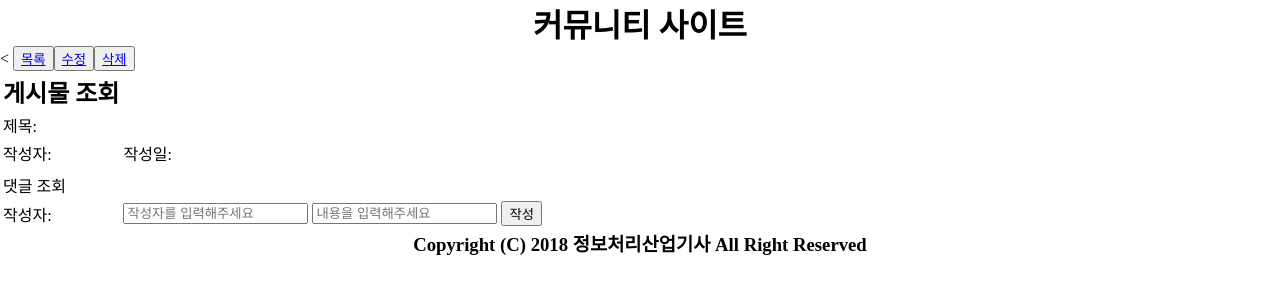
Repository: Tor1a/SpringSet
Page: http://localhost/practice01/WEB-INF/views/post/Lookup.jsp
An editor plug-in stored every save of this project. The page is shown before and after the next save, followed by the edit.
The browser window is 1280 px wide. The pictures show the whole page.
The page is served by Tomcat 9. Nobody is signed in. Other server files are loaded and not shown. The template is opened directly, without the code that normally fills it, so the values that code supplies are empty.

Above is the page before, as saved 2022-04-15 06:42:49.

### practice01/src/main/webapp/WEB-INF/views/post/Lookup.jsp
<%@ page language="java" contentType="text/html; charset=UTF-8"    pageEncoding="UTF-8"%>
<%@ taglib prefix="c" uri="http://java.sun.com/jsp/jstl/core" %>
<%@ include file="../include/header.jsp" %>

<script src="${pageContext.request.contextPath}/resources/js/post/commentAdd.js"></script>
	<table>
		<thead>
			<tr>
				<td><h2>게시물 조회</h2></td>
			</tr>
		</thead>
		<tbody>
			<tr>
				<td>제목: ${vo.subject}</td>
			</tr>
			<tr>
				<td>작성자: ${vo.writer}</td>
				<td>작성일: ${vo.date}</td>
			</tr>
			<tr>
				<td>${vo.content}</td>
			</tr>
			<tr><td>댓글 조회</td></tr>
			<c:forEach var="list" items="${list}">
				<tr>
					<td>
						${list.writer} / ${list.content} / ${list.date} / <a href="CommentDel.do?idx=${list.bidx}&bidx=${vo.idx}">삭제</a>
					</td>
				</tr>
			</c:forEach>
		</tbody>
		<form id="commentAddForm">
			<input type="hidden" name="bidx" value="${vo.idx}" >

				<tr>
					<td>작성자:</td>
					 <td><input type="text" id ="cmWriter" name="writer" placeholder="작성자를 입력해주세요"></td>
					 <td><input type="text" id ="cmContent" name="content" placeholder="내용을 입력해주세요"></td>
					 <td><input type="button" value="작성" onclick="addCheck()"></td>
				</tr>

		</form>
		<
		<button type="button"><a href="/controller">목록</a></button>
		<button type="button"><a href="updatForm.do?idx=${vo.idx}">수정</a></button>
		<button type="button"><a href="delete.do?idx=${vo.idx}">삭제</a></button>

	</table>


<%@ include file="../include/footer.jsp" %>

### practice01/src/main/webapp/WEB-INF/views/include/header.jsp
<%@ page language="java" contentType="text/html; charset=UTF-8"    pageEncoding="UTF-8"%>
<%@ taglib prefix="c" uri="http://java.sun.com/jsp/jstl/core" %>
<%@ taglib prefix="fmt" uri="http://java.sun.com/jsp/jstl/fmt" %>

<!DOCTYPE html>
<html>
<head>

<meta charset="UTF-8">
<script src="${pageContext.request.contextPath}/resources/js/jquery-3.6.0.min.js">
</script>
<link rel="stylesheet" href="${pageContext.request.contextPath}/resources/css/header.css">

</head>
<body>

    <h1>커뮤니티 사이트</h1>

### practice01/src/main/webapp/WEB-INF/views/include/footer.jsp
<%@ page language="java" contentType="text/html; charset=UTF-8"    pageEncoding="UTF-8"%>
<link rel="stylesheet" href="${pageContext.request.contextPath}/resources/css/footer.css">


<h3>Copyright (C) 2018 정보처리산업기사 All Right Reserved</h3>

</body>
</html>

### practice01/src/main/webapp/resources/css/header.css
@charset "UTF-8";
body, h1, h2, h3, h4, h5, p, ul, li, ol, dd, dt, dl { padding: 0; margin: 0; }

ul {list-style: none;}

a:hover{text-decoration: none;}

body{height: 100%;}

.sub{dispaly:flex; justify-content: space-between; flex-direction: row; flex-wrap: nowrap;}
.mainMenu {display: flex; justify-content: space-around; flex-direction: row; flex-wrap: nowrap;}

h1 {text-align: center;}

### practice01/src/main/webapp/resources/js/post/commentAdd.js
function addCheck(){
	if($("#cmWriter").val() == ""){
		alert("작성자를 입력해주세요");
		$("#cmWriter").focus();
		return;
	}else if($("#cmContent").val() == ""){
		alert("내용을 입력해주세요");
		$("#cmContent").focus();
		return;
	}else{
		var form = document.getElementById('commentAddForm');
		form.action="CommentAdd.do";
		form.method = "POST";
		form.submit();
	}
}

### practice01/src/main/webapp/resources/css/footer.css
@charset "UTF-8";
body, h1, h2, h3, h4, h5, p, ul, li, ol, dd, dt, dl { padding: 0; margin: 0; }

ul {list-style: none;}

a:hover{text-decoration: none;}

body{height: 100%;}

h3 {text-align: center;}

Loaded but not shown: practice01/src/main/webapp/resources/js/jquery-3.6.0.min.js (library)

After the next save:
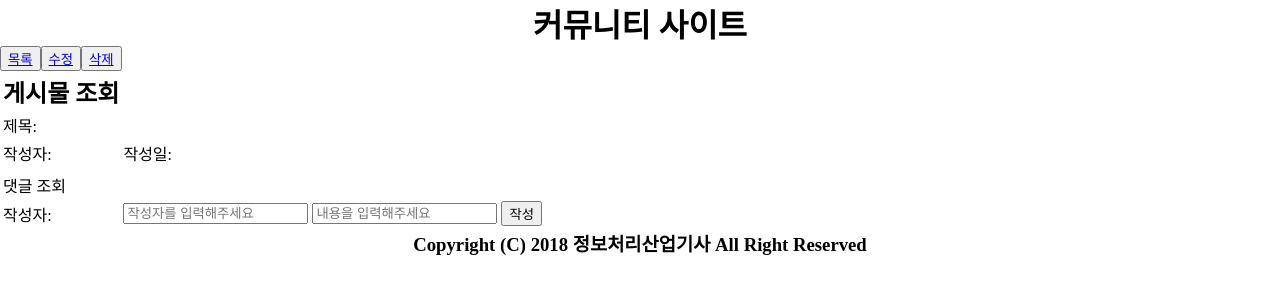
Saved 48 s later.
--- a/practice01/src/main/webapp/WEB-INF/views/post/Lookup.jsp
+++ b/practice01/src/main/webapp/WEB-INF/views/post/Lookup.jsp
@@ -32,15 +32,13 @@
 		<form id="commentAddForm">
 			<input type="hidden" name="bidx" value="${vo.idx}" >
 
-				<tr>
 					<td>작성자:</td>
 					 <td><input type="text" id ="cmWriter" name="writer" placeholder="작성자를 입력해주세요"></td>
 					 <td><input type="text" id ="cmContent" name="content" placeholder="내용을 입력해주세요"></td>
 					 <td><input type="button" value="작성" onclick="addCheck()"></td>
-				</tr>
 
 		</form>
-		<
+
 		<button type="button"><a href="/controller">목록</a></button>
 		<button type="button"><a href="updatForm.do?idx=${vo.idx}">수정</a></button>
 		<button type="button"><a href="delete.do?idx=${vo.idx}">삭제</a></button>
